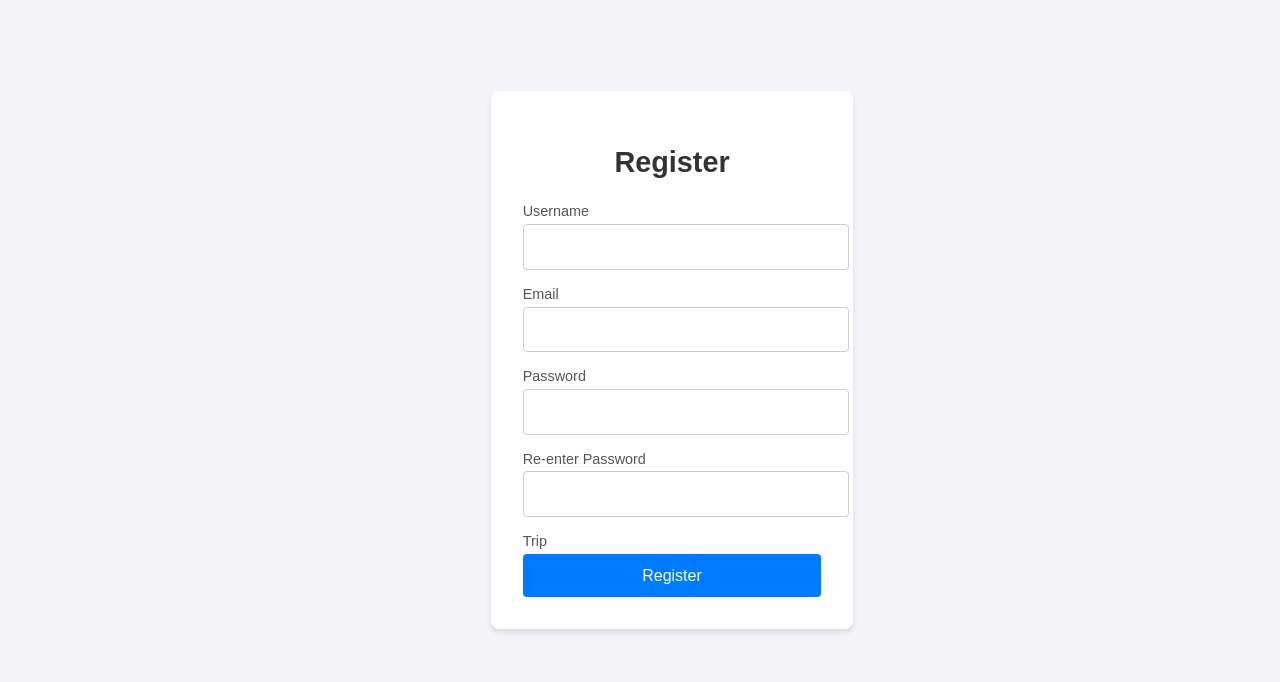
Repository: Nuttawut-Amattong/outtrip
Page: /register (app in OutTrip/)
The author's editor kept a copy of each file at every save. The page is drawn from the files as they stood at one save, then again after a run of saves.
The browser window is 1280 px wide. The pictures show the whole page.
The project was rebuilt for these pictures with package versions that can differ from the ones it lists, and the page was loaded fresh each time. Also part of the build but not shown: OutTrip/vite.config.js, OutTrip/src/pages/Login.jsx.

Above is the page before, as saved 2025-05-18 22:45:55.

After the next 8 saves:
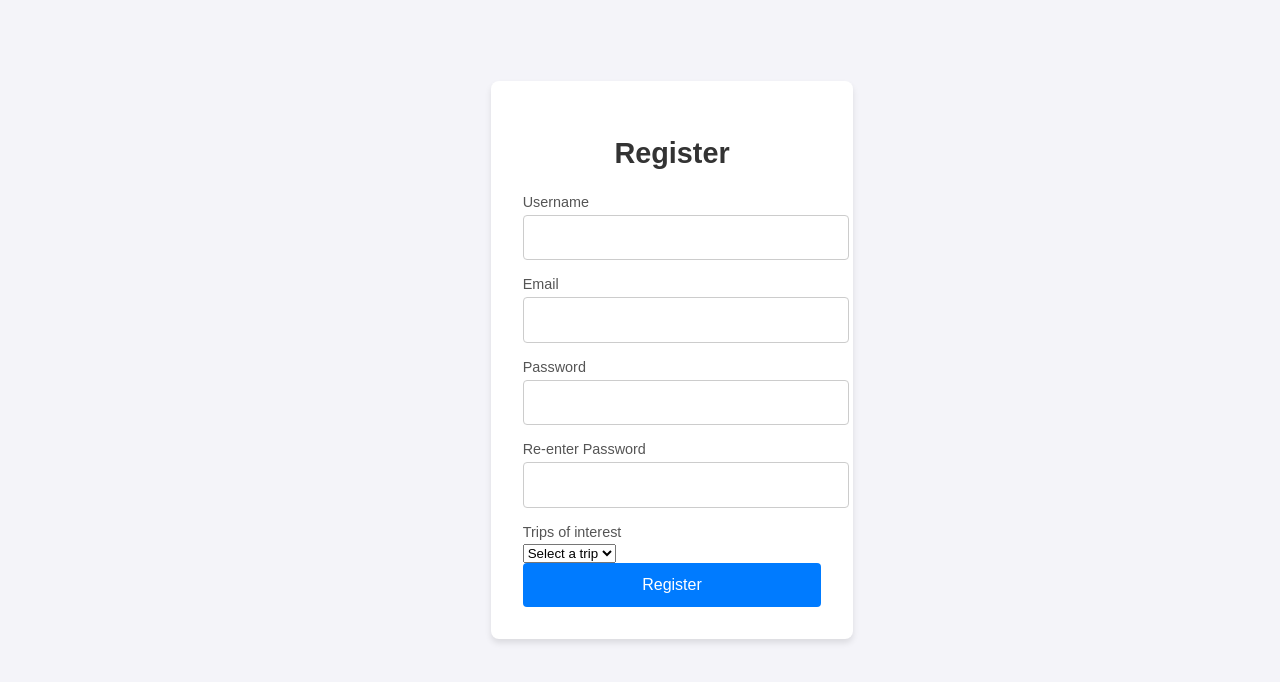
The 8 saves are shown as one change because 1 did not build or start and some came seconds apart.
The last was saved 75 s later.
--- a/OutTrip/src/pages/Register.jsx
+++ b/OutTrip/src/pages/Register.jsx
@@ -80,7 +80,13 @@ const Register = () => {
                     />
                 </div>
                 <div>
-                    <label htmlFOr="trip">Trip</label>
+                    <label htmlFOr="trip">Trips of interest</label>
+                    <select id="trip" name="trip" required>
+                        <option value="">Select a trip</option>
+                        <option value="trip1">Trip 1</option>
+                        <option value="trip2">Trip 2</option>
+                        <option value="trip3">Trip 3</option>
+                    </select>
                 </div>
                 {error && <p style={{ color: 'red' }}>{error}</p>}  {/* แสดง error */}
                 <button type="submit">Register</button>
